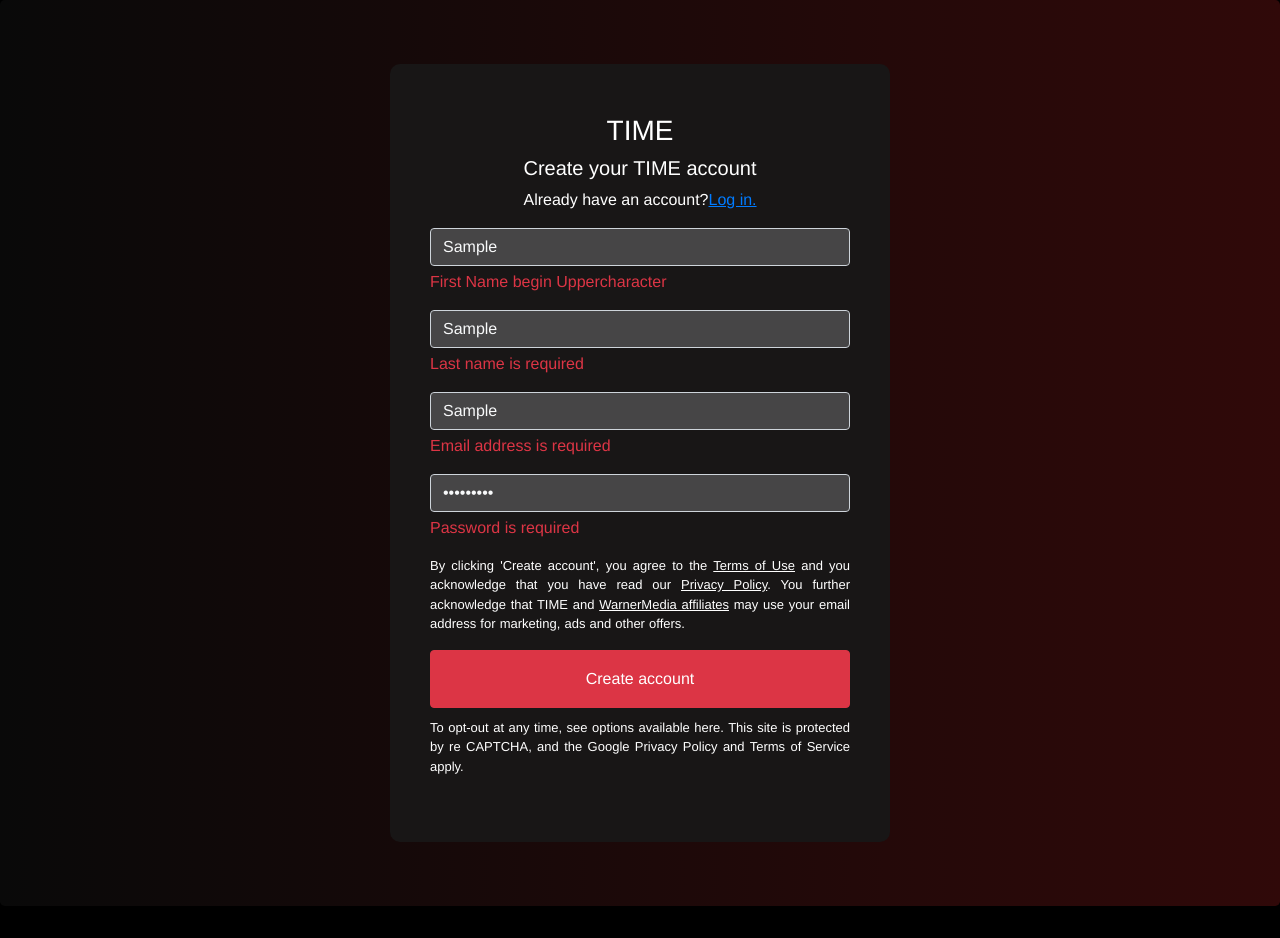
Repository: Vu14082002/WebTinTuc
Page: html/SignUp.html
An editor plug-in stored every save of this project. The page is shown before and after the next save, followed by the edit.
The browser window is 1280 px wide. The pictures show the whole page.
Empty fields were first filled with sample values (such as "Sample", 5 or name@example.com).
After loading, the first visible `#FirstName` was changed once.
Some web libraries are served in a nearby version.

Above is the page before, as saved 2022-04-12 20:48:42.

After the next save:
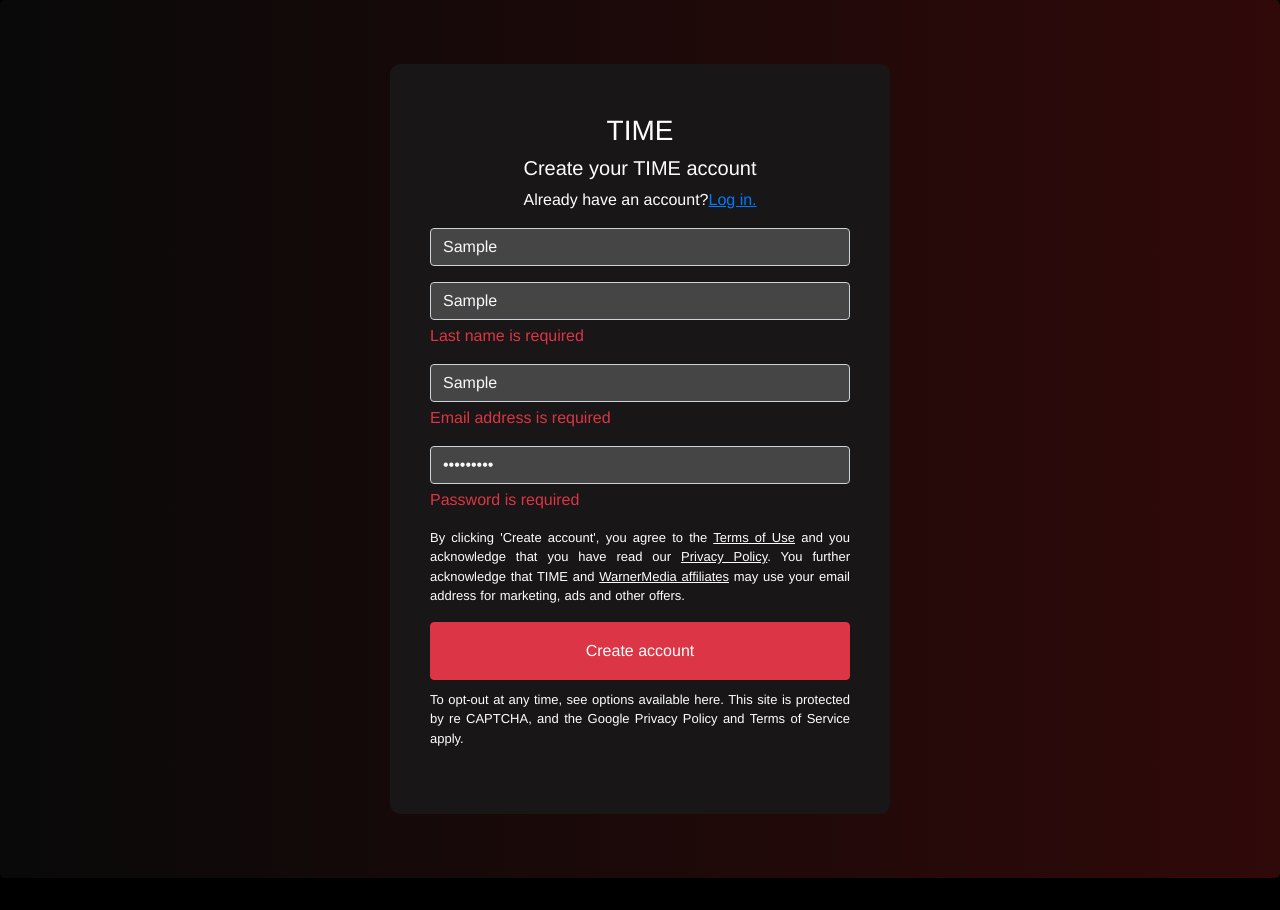
Saved 32 s later.
--- a/js/signup.js
+++ b/js/signup.js
@@ -1,6 +1,6 @@
 function checlFirstNam() {
     var d = document.getElementById("FirstName").value
-    var pt=/^[A-Z][a-z]+(\s[A-Z][a-z])*&/
+    var pt=/^[A-Z][a-z]+(\s[A-Z][a-z])*$/
     if(d.trim()==""){
         document.getElementById("checkEmail").innerHTML="First name is required"
         return;
